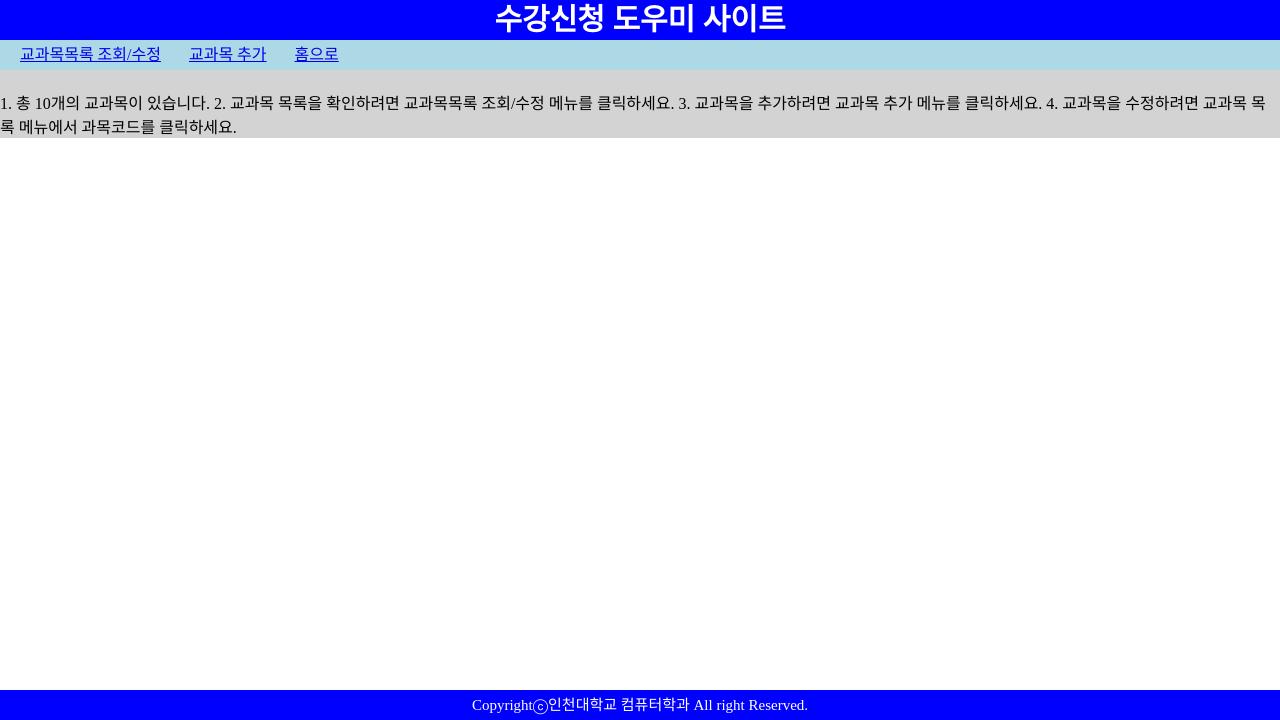
Repository: leesuyeon116/HRD_2
Page: http://localhost/HRD_0419/
An editor plug-in stored every save of this project. The page is shown before and after the next save, followed by the edit.
The browser window is 1280 px wide. The pictures show the whole page.
The page is served by Tomcat 9. Other server files are loaded and not shown.

Above is the page before, as saved 2024-04-19 04:53:07.

### HRD_0419/src/main/webapp/index.jsp
<%@ page language="java" contentType="text/html; charset=UTF-8"
    pageEncoding="UTF-8"%>
<!DOCTYPE html>
<html>
<head>
<meta charset="UTF-8">
<title>index</title>
</head>
<body>
	<jsp:include page="header.jsp"></jsp:include>

		<section style="position: fixed; top: 70px;left: 0px; width: 100%; background-color: lightgray">
			<h2 style="text-align: center;"></h2>
				1. 총 10개의 교과목이 있습니다.
				2. 교과목 목록을 확인하려면 교과목목록 조회/수정 메뉴를 클릭하세요.
				3. 교과목을 추가하려면 교과목 추가 메뉴를 클릭하세요.
				4. 교과목을 수정하려면 교과목 목록 메뉴에서 과목코드를 클릭하세요.


		</section>

	<jsp:include page="footer.jsp"></jsp:include>
</body>
</html>

### HRD_0419/src/main/webapp/header.jsp
<%@ page language="java" contentType="text/html; charset=UTF-8"
	pageEncoding="UTF-8"%>
<!DOCTYPE html>
<html>
<head>
<meta charset="UTF-8">
<title>header</title>
</head>
<body>
	<header style="position: fixed; top: 0px; left: 0px; width: 100%; height: 40px; line-height: 40px;
		background-color: blue; color: white; text-align: center; font-size: 30px">
		<b>수강신청 도우미 사이트</b>
	</header>

	<nav style="position: fixed; top: 40px; left: 0px; width: 100%; height: 30px; line-height: 30px;
		background-color: lightblue; padding-left: 20px">
			<a href="list.jsp">교과목목록 조회/수정</a> &nbsp; &nbsp; &nbsp;
			<a href="insert.jsp">교과목 추가</a> &nbsp; &nbsp; &nbsp;
			<a href="index.jsp">홈으로</a> &nbsp; &nbsp; &nbsp;
	</nav>
</body>
</html>

### HRD_0419/src/main/webapp/footer.jsp
<%@ page language="java" contentType="text/html; charset=UTF-8"
	pageEncoding="UTF-8"%>
<!DOCTYPE html>
<html>
<head>
<meta charset="UTF-8">
<title>footer</title>
</head>
<body>
	<footer style="position: fixed; bottom: 0px; left: 0px; width: 100%; height: 30px; line-height: 30px;
		background-color: blue; color: white; text-align: center; font-size: 15px">
		Copyrightⓒ인천대학교 컴퓨터학과 All right Reserved.
	</footer>
</body>
</html>

After the next save:
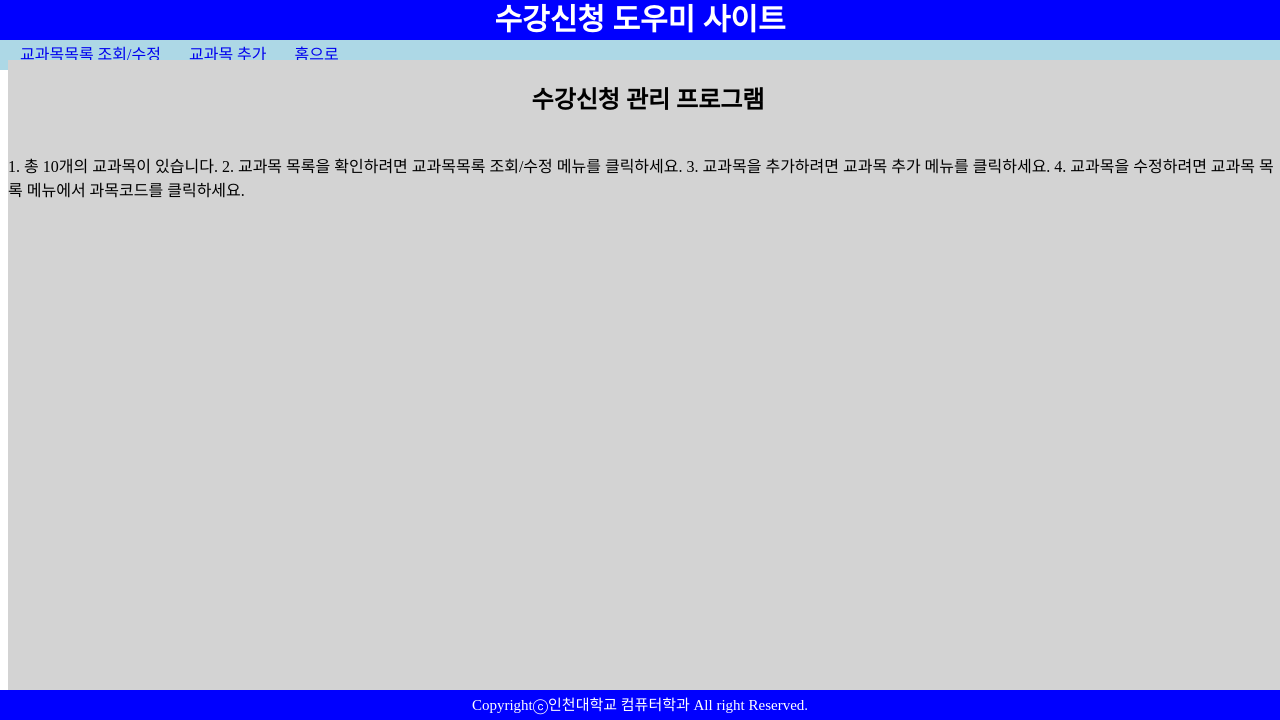
Saved 69 s later.
--- a/HRD_0419/src/main/webapp/index.jsp
+++ b/HRD_0419/src/main/webapp/index.jsp
@@ -9,8 +9,8 @@
 <body>
 	<jsp:include page="header.jsp"></jsp:include>
 
-		<section style="position: fixed; top: 70px;left: 0px; width: 100%; background-color: lightgray">
-			<h2 style="text-align: center;"></h2>
+		<section style="position: fixed; top: 60px; width: 100%; height: 100%; background-color: lightgray">
+    <h2 style="text-align: center;"><b>수강신청 관리 프로그램</b></h2><br>
 				1. 총 10개의 교과목이 있습니다.
 				2. 교과목 목록을 확인하려면 교과목목록 조회/수정 메뉴를 클릭하세요.
 				3. 교과목을 추가하려면 교과목 추가 메뉴를 클릭하세요.
